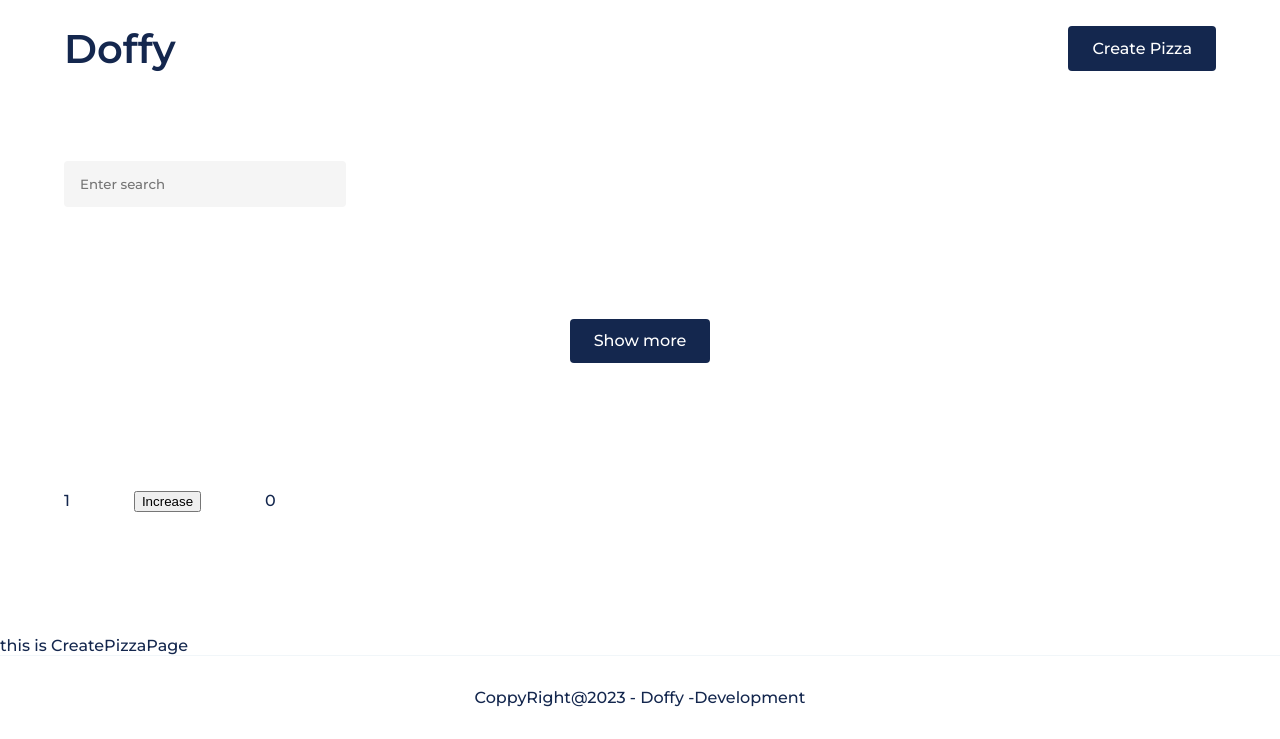
Repository: 16-Doffy/Pizza-Store
Page: /
These files come from the project's save history. The page is drawn as it stood at one moment and after the next save; the edit follows.
The browser window is 1280 px wide. The pictures show the whole page.
The page's requests for data from a server got no answer. The project was rebuilt for these pictures with package versions that can differ from the ones it lists, and the page was loaded fresh each time. No one was signed in, and anything a server would have sent is missing. Also part of the build but not shown: webpack.config.js, src/sections/CardPizza.tsx.

Above is the page before, as saved 2025-02-07 21:53:57.

After the next save:
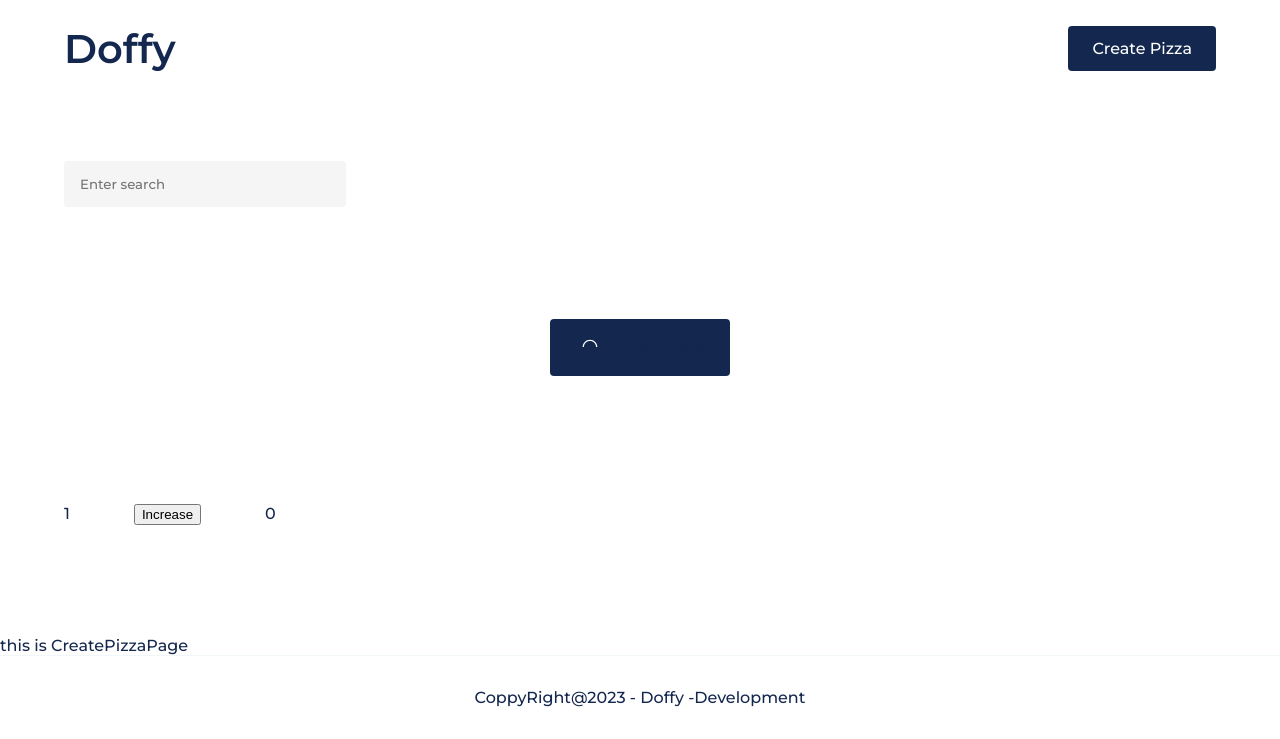
Saved 17 min 13 s later.
--- a/src/pages/HomePage.tsx
+++ b/src/pages/HomePage.tsx
@@ -79,13 +79,22 @@ import TextField from "../components/TextField";
 const HomePage = () => {
   const [pizzas, setPizzas] = useState<Pizza[]>([]);
   const [count, setCount] = useState(0); // Dùng để cập nhật pizzas
+  const [page, setPage] = useState<number>(1);
+  const [isLoading, setIsLoading] = useState(false);
   const pageRef = useRef<number>(1);
 
   useEffect(() => {
-    fetch('https://668a837a2c68eaf3211d01c4.mockapi.io/laptop/product')
+    setIsLoading(true);
+    fetch("https://668a837a2c68eaf3211d01c4.mockapi.io/laptop/product")
       .then((res) => res.json())
-     .then(data => setPizzas(data))
-  },[]);
+      .then((data) => {
+        setTimeout(() => {
+          setPizzas((prevPizzas) => [...prevPizzas, ...data]);
+          setIsLoading(false);
+        }, 2000);
+      });
+  }, [page]);
+
 
 const tinhTong = useMemo (() => {
   return count + 1;
@@ -109,7 +118,9 @@ const tinhTong = useMemo (() => {
           />
         ))}
         <div style={{display:'flex', width:'100%',justifyContent:'center'}}>
-        <ButtonField> Show more</ButtonField>
+        <ButtonField
+        loading={isLoading}  onClick={() => setPage(page + 1)}
+        > Show more</ButtonField>
         </div>
         {tinhTong}
 
